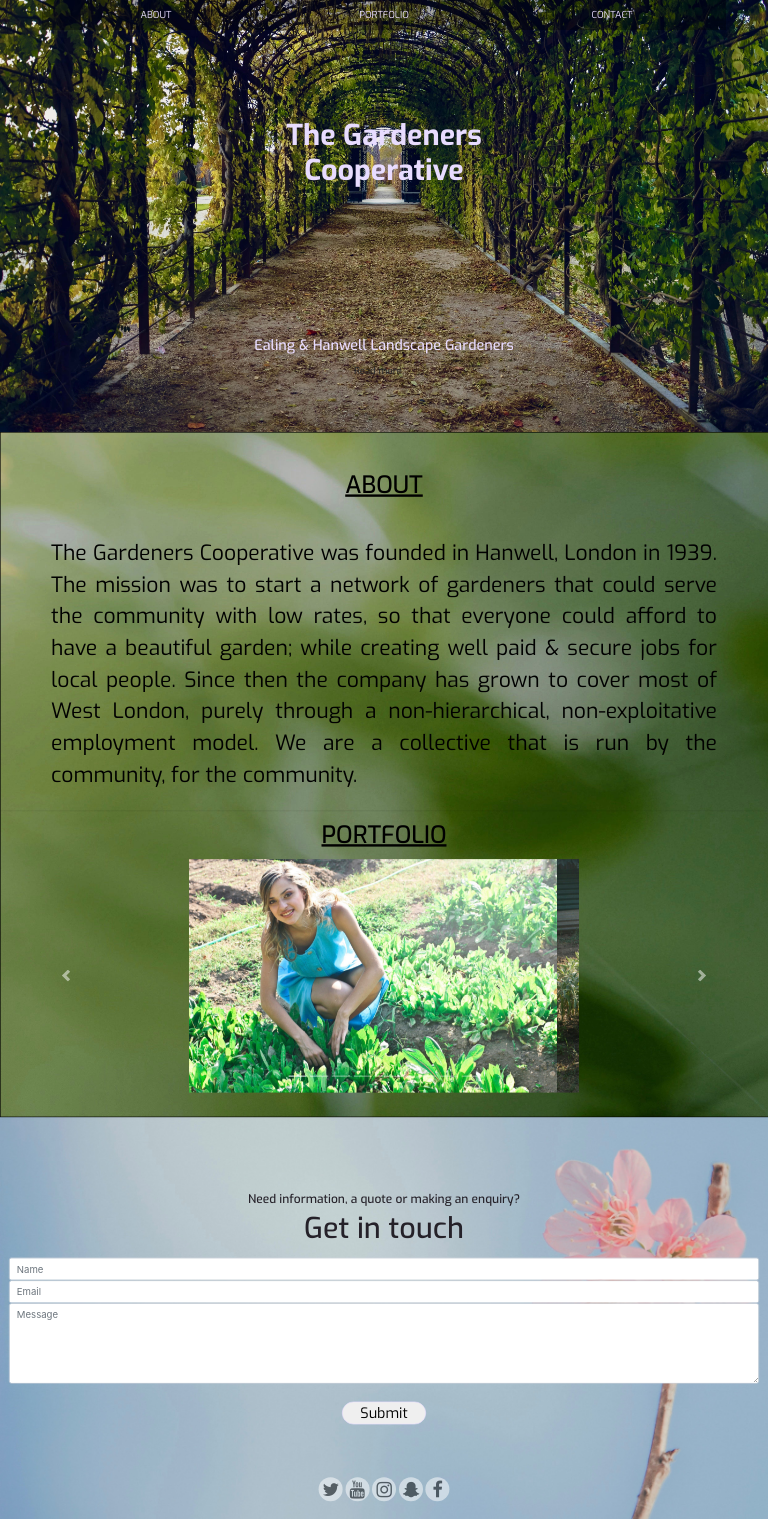
Repository: harrypars0ns/milestone-project
Page: index.html
The author's editor kept a record of every edit. The page is drawn from the files as they stood at one moment, then again after the next edit.
The browser window is 1280 px wide. The pictures show the whole page, at 60% of full size.
Backgrounds fixed to the window are drawn as part of the page.

Above is the page before.

### index.html
<!DOCTYPE html>
<html lang="en">

<head>
    <meta charset="UTF-8">
    <meta name="viewport" content="width=device-width, initial-scale=1.0">
    <meta http-equiv="X-UA-Compatible" content="ie=edge">
    <link rel="stylesheet" href="https://stackpath.bootstrapcdn.com/bootstrap/4.3.1/css/bootstrap.min.css" type="text/css" />
    <link rel="stylesheet" href="https://stackpath.bootstrapcdn.com/font-awesome/4.7.0/css/font-awesome.min.css" type="text/css" />
    <link rel="stylesheet" href="assets/css/style.css" type="text/css" />
    <title>Milestone</title>
</head>

<body>
    <!------------------------------------------------------NAV&LANDING>-->
    <div class="landing">
            <nav class='fixed-top container'>
                <div class="row">
                    <div class="col-4">
                        <a href="#about">ABOUT</a>
                    </div>
                    <div class="col-4">
                        <a href="#portfolio">PORTFOLIO</a>
                    </div>
                    <div class="col-4">
                        <a href="#contact">CONTACT</a>
                    </div>
                </div>
            </nav>


        <!-----------------------------------------TITLE---------------->



        <div id="landing" class="view">

            <div class="mask rgba-black-strong">

                <div class="container-fluid d-flex align-items-center justify-content-center h-100">

                    <div class="content row d-flex justify-content-center text-center">

                        <div class="col-md-10">

                            <h2 class="font-weight-bold pt-5 mb-2">The Gardeners Cooperative</h2>



                            <h4>Ealing & Hanwell Landscape Gardeners</h4>
                            <a class='no-underline' href="#about"><button type="button" class="btn btn-large btn-outline">Read more<i class="fas fa-book ml-2"></i></button></a>

                        </div>

                    </div>

                </div>

            </div>

        </div>
    </div>




    <!------------------------------------------------------------------ABOUT->-->



    <div class='about' id='about'>

        <section class="info text-center">
            <div class="">
                <h1>ABOUT</h1>
            </div>

            <div class="container">
                <div class="row">
                    <div class="col">
                        <p>The Gardeners Cooperative was founded in Hanwell, London in 1939. The mission was to start a network of gardeners that could serve the community with low rates, so that everyone could afford to have a beautiful garden; while creating
                            well paid & secure jobs for local people. Since then the company has grown to cover most of West London, purely through a non-hierarchical, non-exploitative employment model. We are a collective that is run by the community,
                            for the community.</p>
                    </div>

                </div>
            </div>

        </section>
        <hr>
        <!-------------------------------------------------------------------PORTFOLIO-->
        <div class="container-fluid portfolio" id='portfolio'>
            <div class="text-center">
                <h1>PORTFOLIO</h1>
            </div>
            <div class="portfolio">
                <div id="carouselExampleIndicators" class="carousel slide" data-ride="carousel">
                    <ol class="carousel-indicators">
                        <li data-target="#carouselExampleIndicators" data-slide-to="0" class="active"></li>
                        <li data-target="#carouselExampleIndicators" data-slide-to="1"></li>
                        <li data-target="#carouselExampleIndicators" data-slide-to="2"></li>
                        <li data-target="#carouselExampleIndicators" data-slide-to="3"></li>
                        <li data-target="#carouselExampleIndicators" data-slide-to="4"></li>
                        <li data-target="#carouselExampleIndicators" data-slide-to="5"></li>
                        <li data-target="#carouselExampleIndicators" data-slide-to="6"></li>
                        <li data-target="#carouselExampleIndicators" data-slide-to="7"></li>
                        <li data-target="#carouselExampleIndicators" data-slide-to="8"></li>

                    </ol>
                    <div class="carousel-inner">
                        <div class="carousel-item active">
                            <img class="d-block w-100 responsive" src="assets/images/lady.jpg" alt="First slide">
                        </div>
                        <div class="carousel-item">
                            <img class="d-block w-100 responsive" src="assets/images/lady2.jpg" alt="Second slide">
                        </div>
                        <div class="carousel-item">
                            <img class="d-block w-100 responsive" src="assets/images/flowers.jpg" alt="Third slide">
                        </div>
                        <div class="carousel-item">
                            <img class="d-block w-100 responsive" src="assets/images/lady4.jpg" alt="Fourth slide">
                        </div>
                        <div class="carousel-item">
                            <img class="d-block w-100 responsive" src="assets/images/bench.jpg" alt="Fifth slide">
                        </div>
                        <div class="carousel-item">
                            <img class="d-block w-100 responsive" src="assets/images/bloom.jpg" alt="Sixth slide">
                        </div>
                        <div class="carousel-item">
                            <img class="d-block w-100 responsive" src="assets/images/lady3.jpg" alt="Seventh slide">
                        </div>
                        <div class="carousel-item">
                            <img class="d-block w-100 responsive" src="assets/images/adult3.jpg" alt="Eighth slide">
                        </div>
                        <div class="carousel-item">
                            <img class="d-block w-100 responsive" src="assets/images/garden.jpg" alt="Nninth slide">
                        </div>
                    </div>
                    <a class="carousel-control-prev" href="#carouselExampleIndicators" role="button" data-slide="prev">
                        <span class="carousel-control-prev-icon" aria-hidden="true"></span>
                        <span class="sr-only">Previous</span>
                    </a>
                    <a class="carousel-control-next" href="#carouselExampleIndicators" role="button" data-slide="next">
                    <span class="carousel-control-next-icon" aria-hidden="true"></span>
                    <span class="sr-only">Next</span>
                    </a>
                </div>


            </div>


        </div>
    </div>

    <!-------------------------------------------------------------------CONTACT-->


    <div class='contact' id='contact'>

        <section class='container-fluid'>
            <div class="row form-page">
                <div class="col">
                    <div class="contact-info">
                        <h5 class='contact-heading question'>Need information, a quote or making an enquiry?</h4>
                            <h2 class='contact-heading'>Get in touch</h2>
                    </div>
                    <div class="form">
                        <form>
                            <input type="text" name="name" id "fullname" class='form-control' placeholder='Name' required/>
                            <input type="email" name="email" id "email" class='form-control' placeholder='Email' required/>
                            <textarea rows='5' name="message" id "message" class='form-control' placeholder='Message' required/></textarea>
                            <div class="submit">
                                <input id='submit' type="submit" value="Submit" />
                            </div>
                        </form>
                    </div>
                </div>
            </div>
        </section>


        <div class="footer" id='footer'>
            <div class="iconwrapper" <a href="#" class="fa fa-facebook">
                </a>
                <a href="#" class="fa inner fa-twitter"></a>
                <a href="#" class="fa inner fa-youtube"></a>
                <a href="#" class="fa inner fa-instagram"></a>
                <a href="#" class="fa inner fa-snapchat-ghost"></a>
                <a href="#" class="fa inner fa-facebook"></a>


            </div>

        </div>
    </div>








    <script src="https://code.jquery.com/jquery-3.3.1.slim.min.js" integrity="sha384-q8i/X+965DzO0rT7abK41JStQIAqVgRVzpbzo5smXKp4YfRvH+8abtTE1Pi6jizo" crossorigin="anonymous"></script>
    <script src="https://cdnjs.cloudflare.com/ajax/libs/popper.js/1.14.7/umd/popper.min.js" integrity="sha384-UO2eT0CpHqdSJQ6hJty5KVphtPhzWj9WO1clHTMGa3JDZwrnQq4sF86dIHNDz0W1" crossorigin="anonymous"></script>
    <script src="https://stackpath.bootstrapcdn.com/bootstrap/4.3.1/js/bootstrap.min.js" integrity="sha384-JjSmVgyd0p3pXB1rRibZUAYoIIy6OrQ6VrjIEaFf/nJGzIxFDsf4x0xIM+B07jRM" crossorigin="anonymous"></script>

</body>

</html>

### assets/css/style.css
@import url('https://fonts.googleapis.com/css?family=Roboto:100,100i,300,300i,400,400i,500,500i,700&display=swap');
@import url('https://fonts.googleapis.com/css?family=Exo:100,200,300,400,500,600,700&display=swap');



/*----------------------------------------- LANDING*/

.landing {
    background-image: url('../images/landing3.jpg');
    height: 100%;
    background-attachment: fixed;
    background-position: bottom;
    background-repeat: no-repeat;
    background-size: cover;
    border: 0px;
    z-index: 1;
    padding-bottom: 10%;
}


body {
    padding: 0;
    background: black;
}

html,
body,
header,
#intro {
    height: 100%;
    width: 100%;
    color: #e8dcff;


}






.content {
    margin-top: 12%;
    font-family: 'Exo', sans-serif;


}

h2 {
    font-size: 3em;
}

h4 {
    padding-top: 50%;
}




/*.btn-outline {*/
/*    color: #e8dcff;*/
/*    margin-top: 5%;*/
/*}*/

/*.btn-outline:hover {*/
/*    color: rgba(112, 241, 146, 0.9);*/
/*}*/


/*-------------------------------------------------------NAV*/

nav {
    color: #e8dcff;
    text-align: center;
    font-family: 'Exo', sans-serif;
    padding: 1%;
    background: rgba(0, 0, 0, 0.3);
    background-clip: padding-box;
    /*width: 100%;*/
}

nav a {
    color: #e8dcff;
    text-decoration: none;

}



nav a:hover {
    color: #e8dcff;
    right: 0;
    text-decoration: none;
}

nav a:hover:after {
    border-color: #e8dcff;
    right: 0;
}

nav a:after {
    border-radius: 1em;
    border-top: .1em solid #e8dcff;
    content: "";
    position: absolute;
    right: 100%;
    bottom: .14em;
    left: 0;
    transition: right .4s cubic-bezier(0, .5, 0, 1),
    border-color .4s ease-out;
}

nav a:hover:after {
    right: 0;
}





.no-padding {
    padding: 0 !important;
}




/*----------------------------------------- ABOUT*/

.about {

    background-image: url('../images/about.jpg');

    /*background-position: center;*/
    background-repeat: no-repeat;

    background-size: cover;

    border: 0.1px solid rgba(0, 0, 0, 0);

}




.info {


    font-family: "Exo", sans-serif;

    color: #000000;

    margin-top: 15%;

}

.info h1 {


    text-decoration: underline;

}

.info p {

    font-size: 1em;

    padding-top: 5%;

    text-align: justify;


}

/*----------------------------------------- portfolio*/

.portfolio {
    font-family: "Exo", sans-serif;

    color: #000000;



    margin-top: 1em;

    text-decoration: underline;
}



.carousel {
    margin-bottom: 40px;

}



/*----------------------------------------- CONTACT*/

.contact {

    background-image: url('../images/pink.jpg');
    background-attachment: fixed;
    background-repeat: no-repeat;
    background-size: cover;

}

.contact-info {
    font-family: "Exo", sans-serif;
    text-align: center;
    /*color: #e8dcff;*/
    color: #252129;


    margin-top: 3em;
    margin-bottom: 20px;

}

/*.contact-info h4 {*/

/*    text-decoration: uppercase;*/

/*}*/

.form {
    margin-bottom: 7%;


}

#submit {
    font-family: 'Exo', sans-serif;
    font-size: 150%;
    border: 1px solid #e8dcff;
    border-radius: 50px 50px;
    padding: 0px 30px;
}

.submit {
    text-align: center;
    padding-top: 30px;


}

/*-----------------------------------------ICONS/FOOTER*/

.footer {
    text-align: center;
    padding-bottom: 30px;
    /*padding-bottom: -10px;*/
}

.iconwrappper {}

.icon {
    display: inline-block;
    text-align: center;


}



.fa {
    padding-top: 5px;
    font-size: 30px;
    height: 40px;
    width: 40px;
    text-align: center;
    text-decoration: none;
    border-radius: 50%;
    background: #fff;
    color: white;
    opacity: 0.5;
}

.fa:hover {
    opacity: 0.9;
    text-decoration: none;
    color: #000;
}

.inner {
    padding-left: 1px;
    color: #000;
}

.fa-youtube {
    padding-right: 1px;

}

/*--------------------------------------------MEDIA Queries */

@media (min-height: 750px) {
    h4 {
        margin-top: 70%;
    }
}

@media (max-height: 500px) {
    .btn {
        margin-top: 0px;
    }
    h4 {
        margin-top: 0%;
        padding-top: 0%;
    }
}

@media (max-width: 1000px) {
    .info p {
        font-size: 21px;
    }
}

@media (min-width: 600px) {
    h4 {
        padding-top: 0px;
    }
    .info {
        margin-top: 5%;
    }
}

@media (min-width: 1000px) {

    h4 {
        margin-top: 50%;
    }



    .info {

        font-size: 2.2em;

    }

    .portfolio h2 {
        padding-top: 50px;
    }

    .carousel {
        padding: 0px 300px;
    }

    .contact-info {
        margin-top: 10%;
    }

       .shift {
        position: relative;
        bottom: 30px;
    }

}



@media (min-width: 1300px) {
    .form {
        padding-right: 250px;
        padding-left: 250px
    }

}

After the next edit:
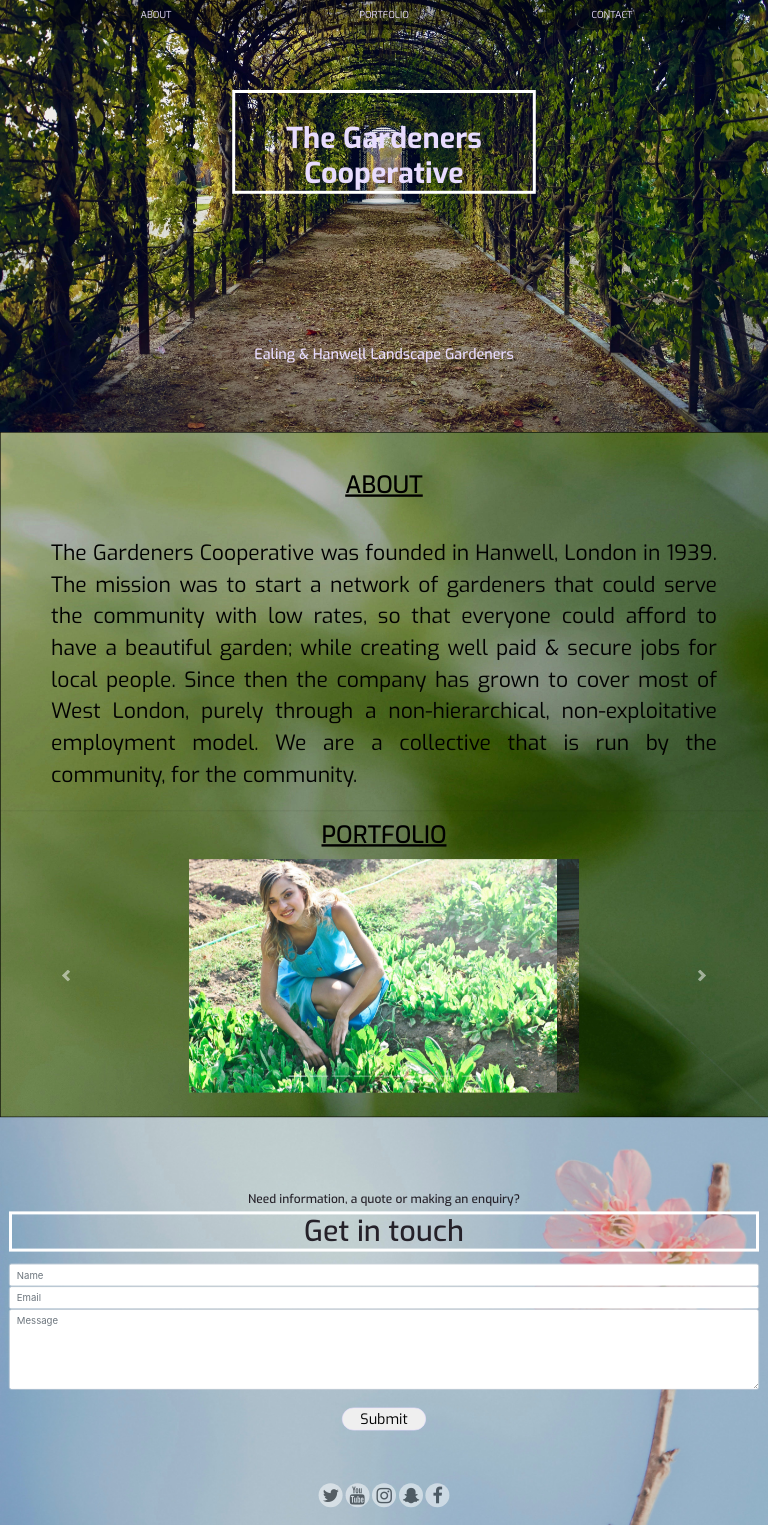
The edit:
--- a/assets/css/style.css
+++ b/assets/css/style.css
@@ -48,6 +48,7 @@
 
 h2 {
     font-size: 3em;
+    border: solid 5px white;
 }
 
 h4 {

After the edit that followed:
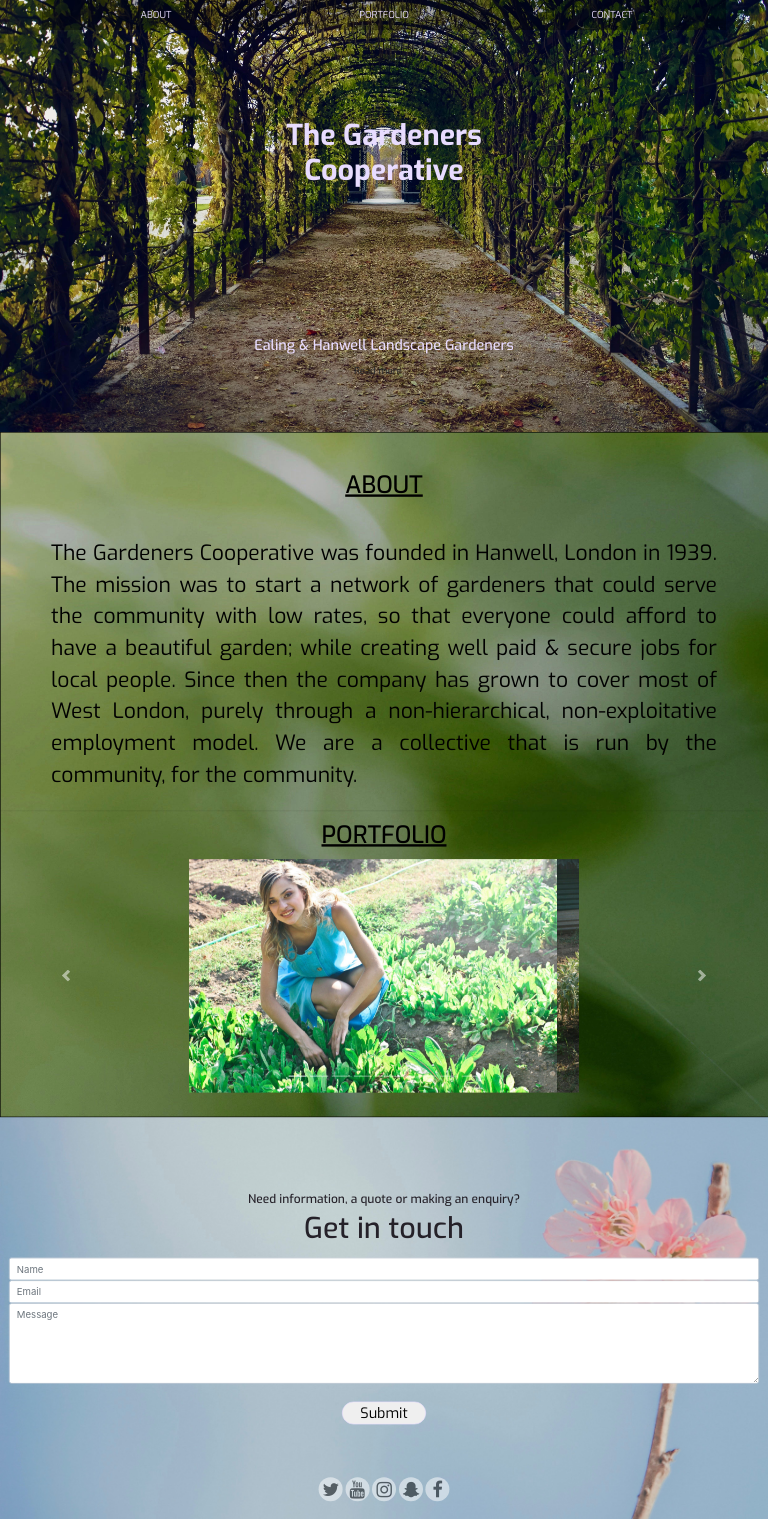
The edit:
--- a/assets/css/style.css
+++ b/assets/css/style.css
@@ -48,7 +48,6 @@
 
 h2 {
     font-size: 3em;
-    border: solid 5px white;
 }
 
 h4 {
